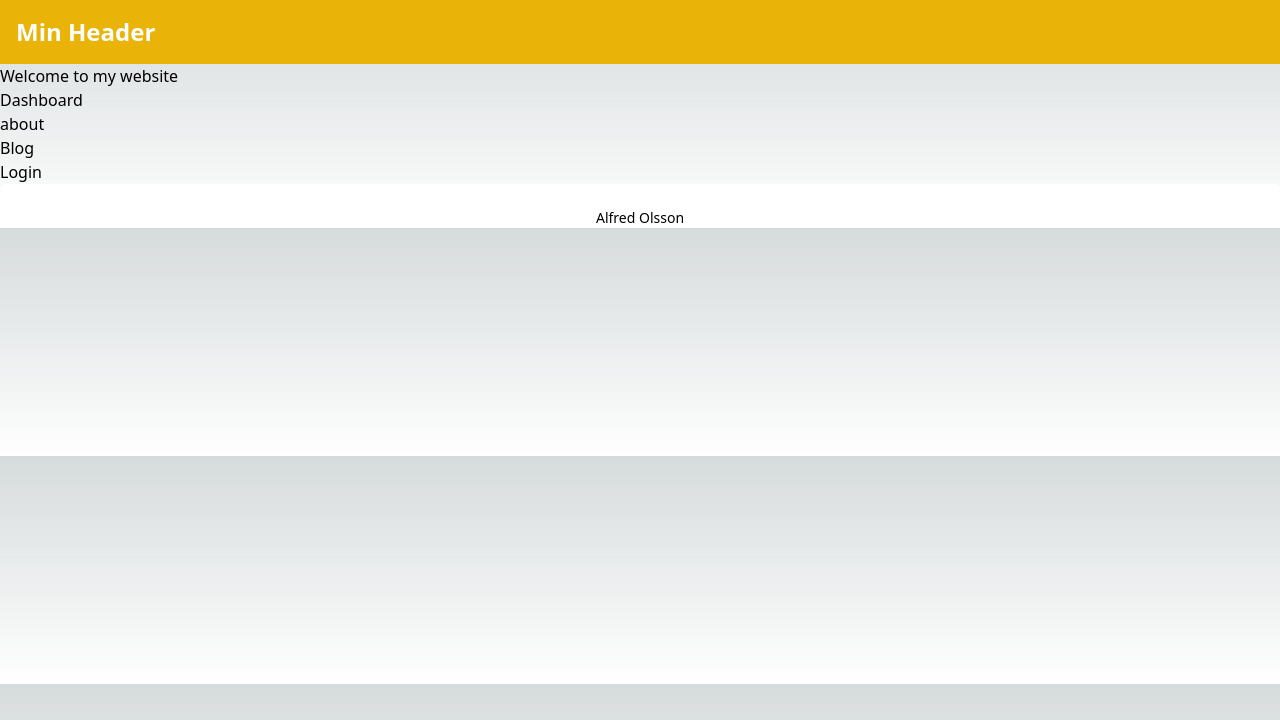
Repository: AlligatorAffe/NextWebsite
Page: /
The author's editor kept a copy of each file at every save. The page is drawn from the files as they stood at one save, then again after the next save.
The browser window is 1280 px wide. The pictures show the whole page.
The project was rebuilt for these pictures with package versions that can differ from the ones it lists, and the page was loaded fresh each time. The framework's server and built-in components were replaced by stand-ins that run in the browser. Also part of the build but not shown: next.config.js.

Above is the page before, as saved 2024-01-04 21:26:30.

After the next save:
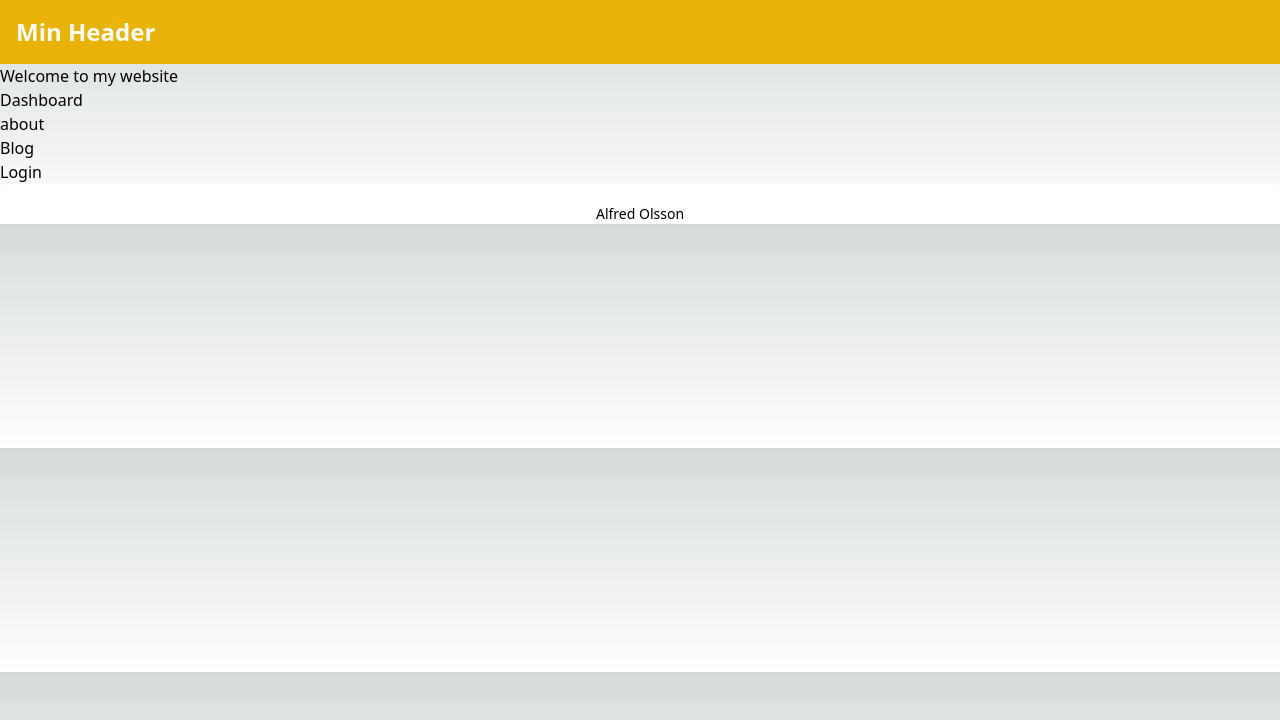
Saved 4 s later.
--- a/app/layout.tsx
+++ b/app/layout.tsx
@@ -54,7 +54,7 @@ export default function RootLayout({
           <h1 className="text-2xl font-bold text-white">Min Header</h1>
         </header>
         {children}
-        <footer className='bg-white rounded-md pt-6'>
+        <footer className='bg-white rounded-md pt-5'>
           <h3 className='text-black text-center text-sm align-middle'>Alfred Olsson</h3>
         </footer>
       </body>
